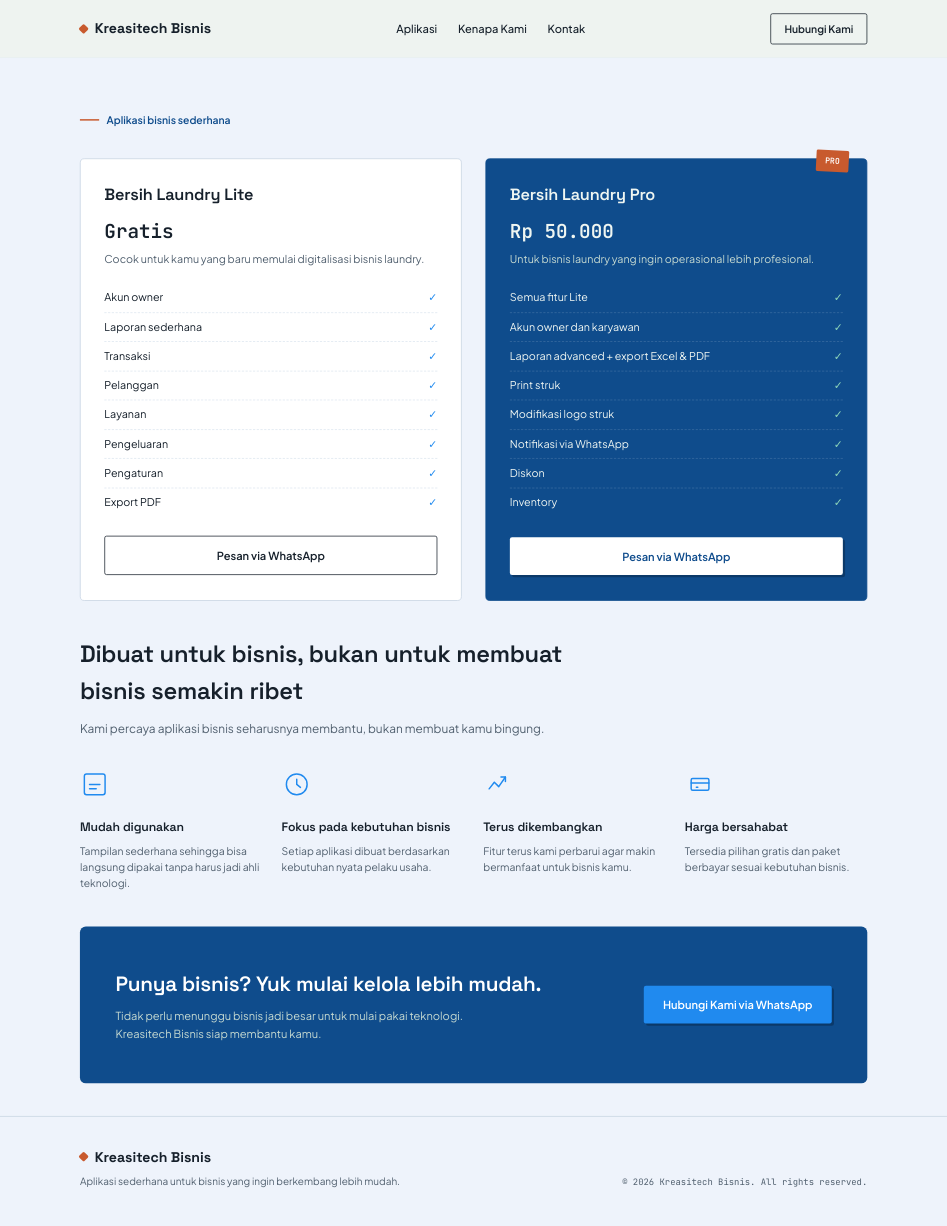
Repository: joao880hbhb/kreasitech
Page: produk/bersih-laundry.html
These files come from the project's save history. The page is drawn as it stood at one moment and after the next save; the edit follows.
The browser window is 1280 px wide. The pictures show the whole page, at 74% of full size.

Above is the page before, as saved 2026-09-14 21:37:40.

After the next save:
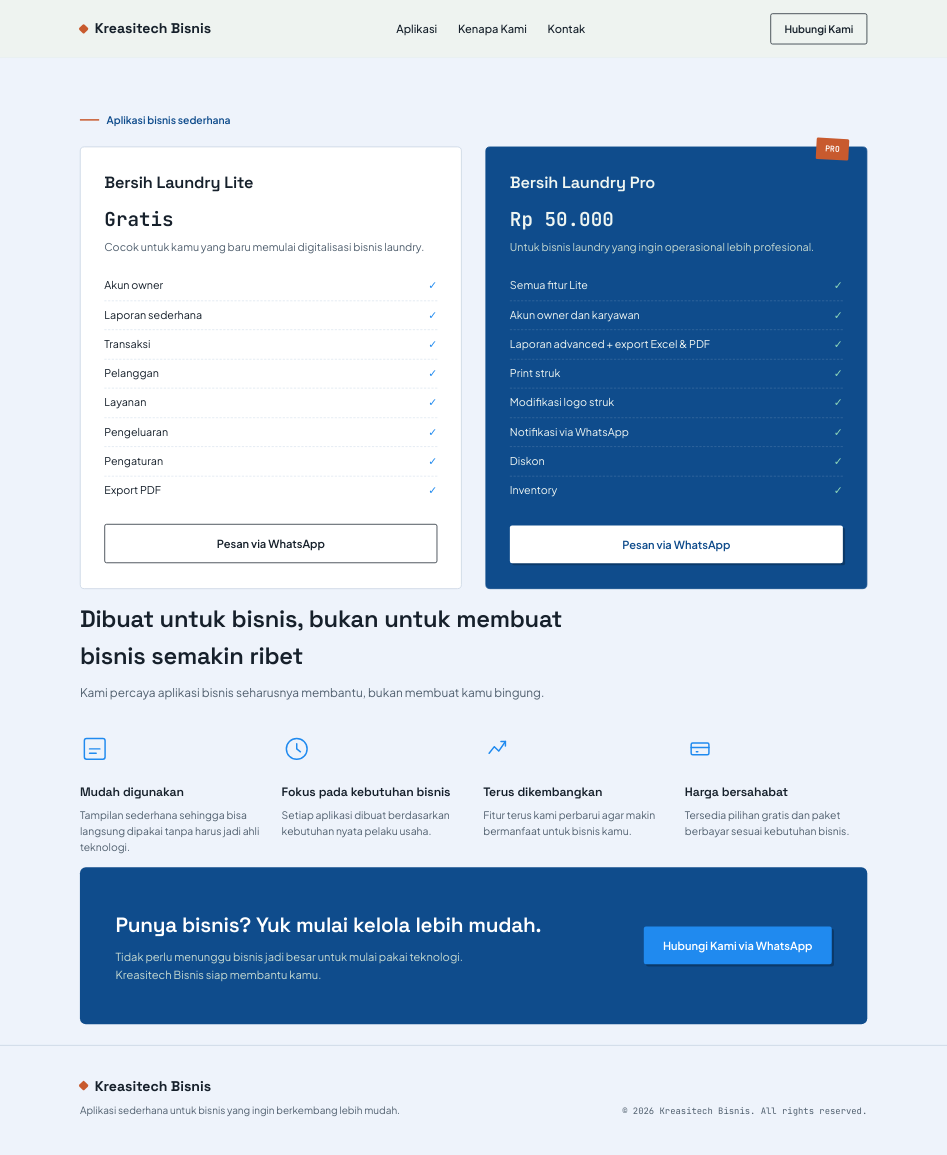
Saved 6 s later.
--- a/produk/bersih-laundry.html
+++ b/produk/bersih-laundry.html
@@ -124,7 +124,7 @@
     transform:rotate(-4deg); border-radius:2px;
   }
 
-  section{padding:24px 0;}
+  section{padding:8px 0;}
 
   /* value props row */
   .value-row{
